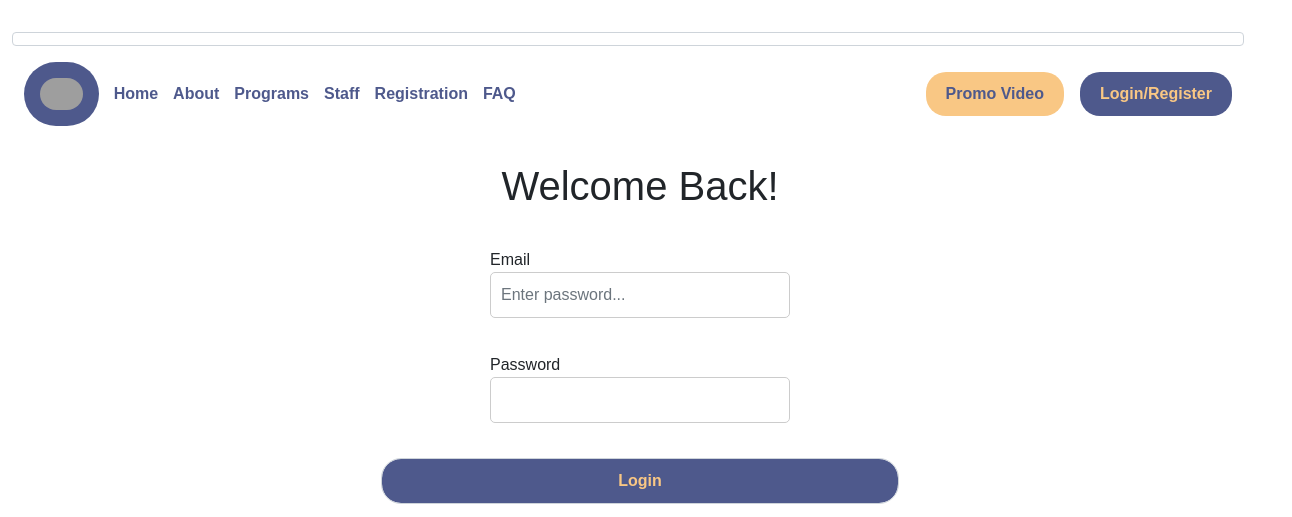
Repository: fullstackatbrown/project-necysc
Page: necysc_app/templates/necysc_app/applicant/login.html
These files come from the project's save history. The page is drawn as it stood at one moment and after a run of saves; the edit follows.
The browser window is 1280 px wide. The page is 1292 px wide, so the pictures cover 1292 px, including what lies to the right of the window. The pictures show the part of the page from y = 0 to 517 px (the page is 1172 px tall).
Pictures or frames that could not be fetched are drawn as grey boxes. Some web fonts or font styles are not loaded; a fallback is used. The template is drawn by Django 5.2. The application's start-up code is not run. The template is opened directly, without the code that normally fills it, so the values that code supplies are empty.

Above is the page before, as saved 2024-12-04 01:12:04.

After the next 2 saves:
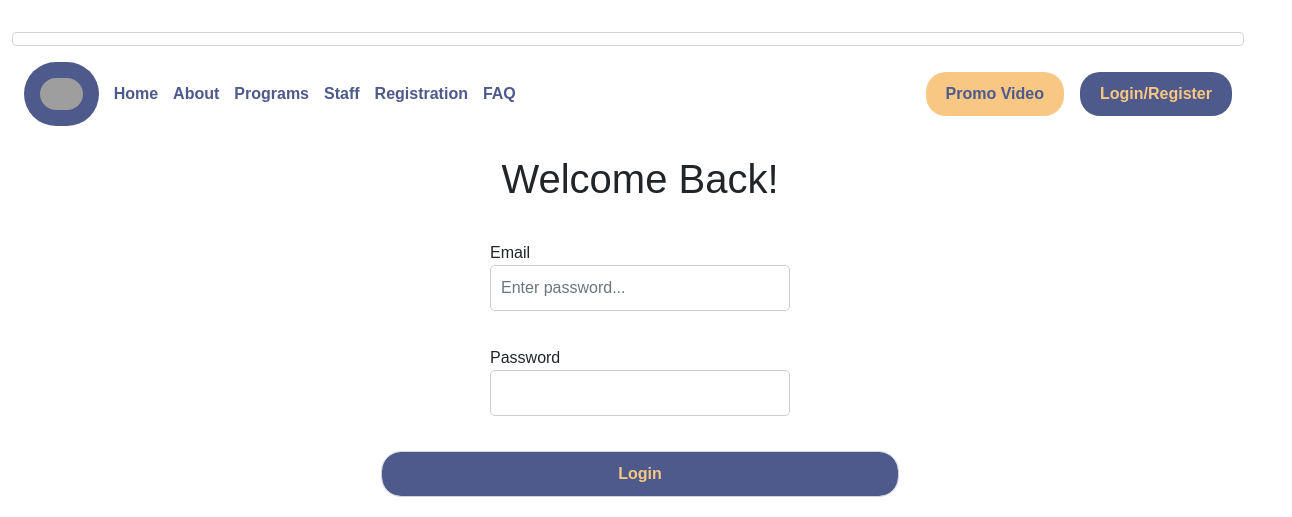
The 2 saves are shown as one change because they came seconds apart.
The last was saved 8 s later.
--- a/necysc_app/templates/necysc_app/applicant/login.html
+++ b/necysc_app/templates/necysc_app/applicant/login.html
@@ -37,7 +37,7 @@ Register {% endblock %} {% block content %}
 
     <!-- Register Form -->
     <div class="register_form">
-        <h0>Don't Have an Account?</h0>
+        <h4>Don't Have an Account?</h4>
         <h2>Sign up for the summer!</h2>
         <a class="white-link" href="{% url 'necysc_app:register' %}">Sign Up</a>
     </div>
